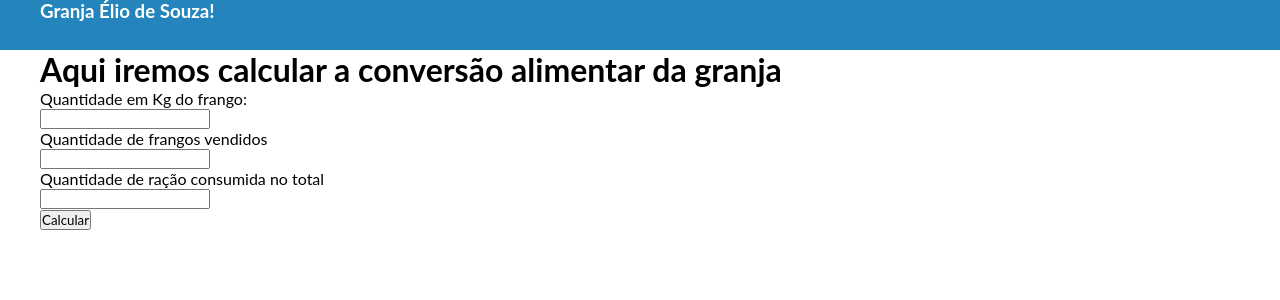
Repository: JoaoNahid/adminSystem
Page: / (app in client/)
An editor plug-in stored every save of this project. The page is shown before and after the next save, followed by the edit.
The browser window is 1280 px wide. The pictures show the whole page.
The project was rebuilt for these pictures with package versions that can differ from the ones it lists, and the page was loaded fresh each time. Also part of the build but not shown: client/src/App.css, client/src/routes/login.js, client/src/routes/cadastro.js, client/src/routes/404.js.

Above is the page before, as saved 2022-04-20 21:18:13.

After the next save:
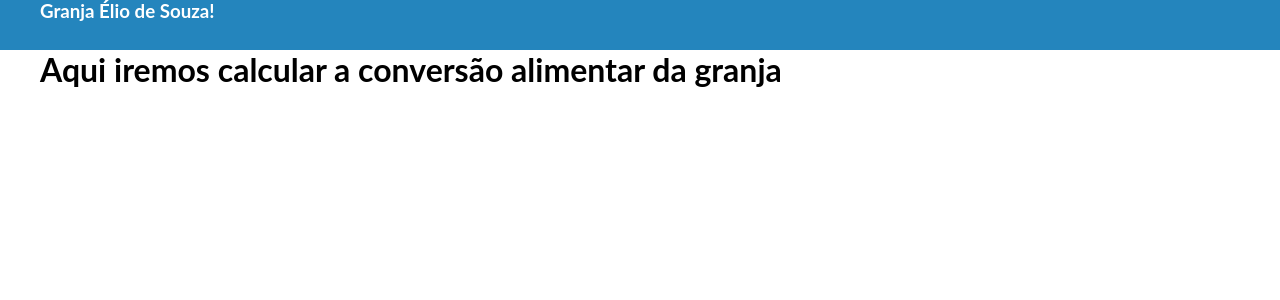
Saved 23 s later.
--- a/client/src/routes/home.js
+++ b/client/src/routes/home.js
@@ -13,9 +13,6 @@ export default function Home(){
         })
     }) */
 
-    function calcularConversao(){
-
-    }
 
 
 
@@ -23,16 +20,7 @@ export default function Home(){
         <div>
             <div className="container">
                 <h1>Aqui iremos calcular a conversão alimentar da granja</h1>
-                <p>Quantidade em Kg do frango:</p>
-                <input type="text" name='pesoFrango' defaultValue='' />
-                <p>Quantidade de frangos vendidos</p>
-                <input type="number" name='qtdFrangos' defaultValue=''/>
 
-                <p>Quantidade de ração consumida no total</p>
-                <input type="text" name='qtdRacao' defaultValue='' />
-
-                <br />
-                <button onClick={calcularConversao()}>Calcular</button>
             </div>
         </div>
     )
